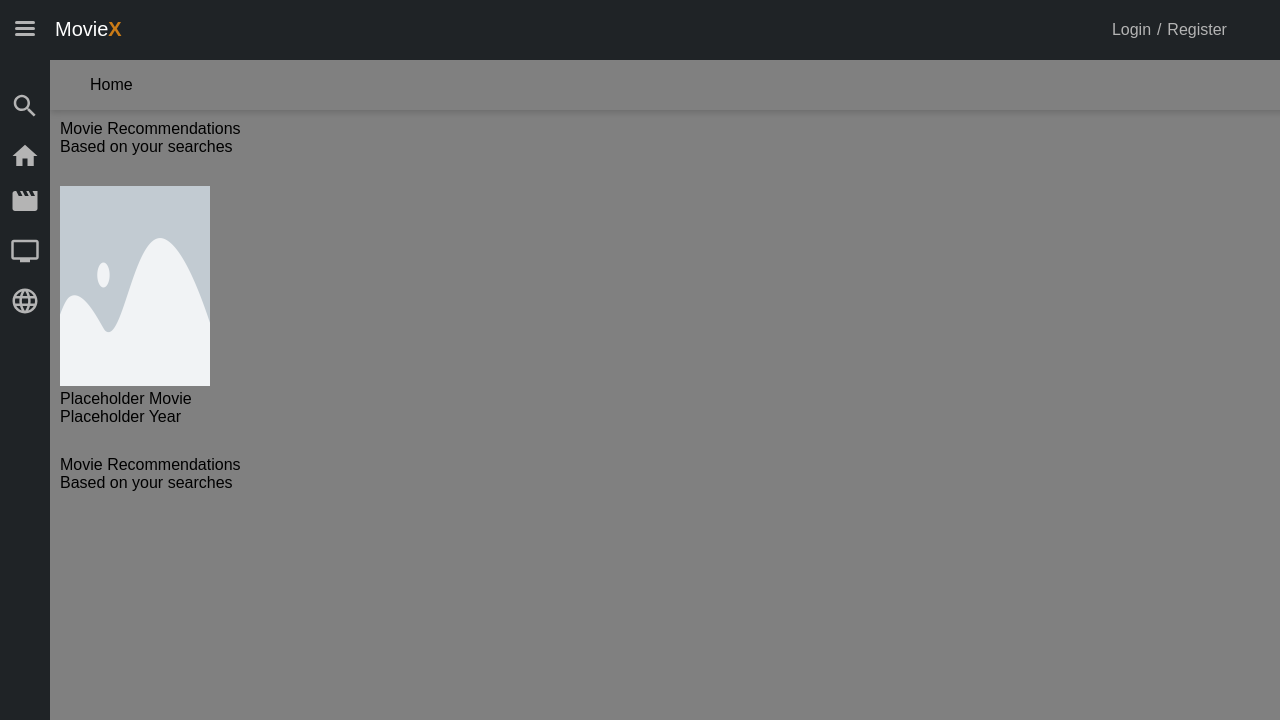
Repository: Amad-Mlinka/MovieTVBrowserNext
Page: /
The author's editor kept a copy of each file at every save. The page is drawn from the files as they stood at one save, then again after the next save.
The browser window is 1280 px wide. The pictures show the whole page.
The project was rebuilt for these pictures with package versions that can differ from the ones it lists, and the page was loaded fresh each time. The framework's server and built-in components were replaced by stand-ins that run in the browser. Also part of the build but not shown: next.config.js.

Above is the page before, as saved 2021-08-06 22:03:54.

After the next save:
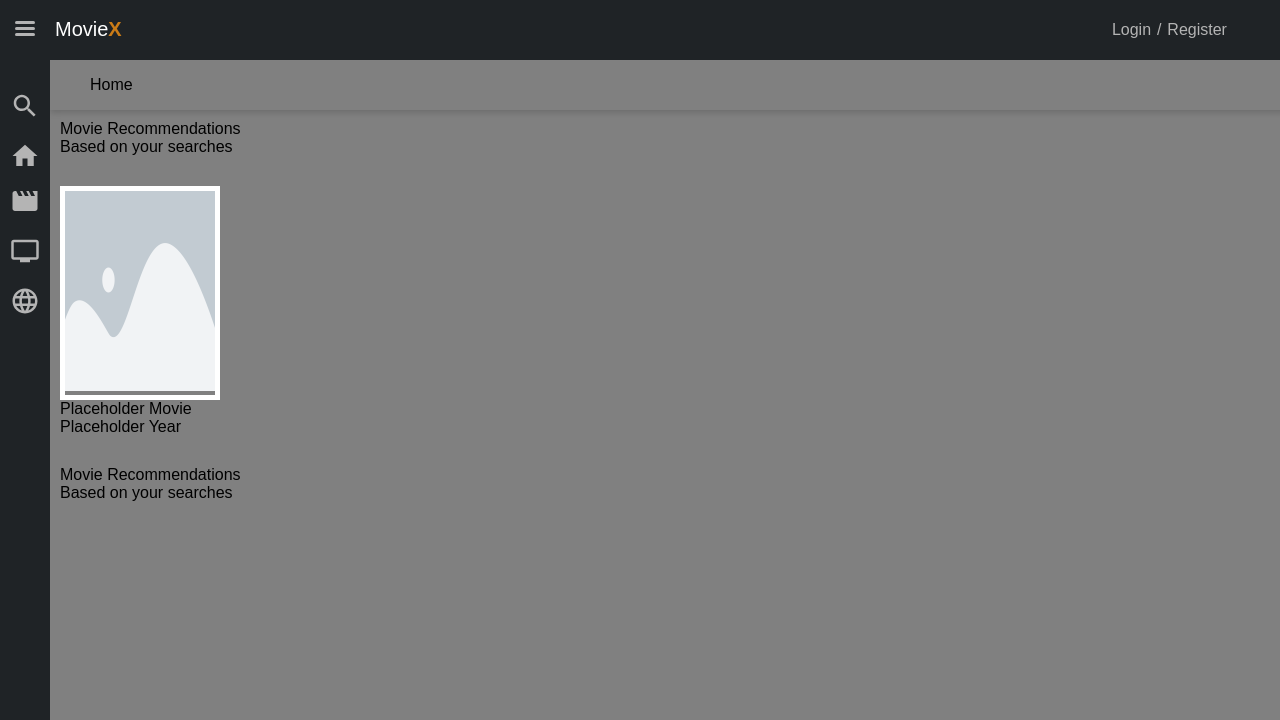
Saved 8 s later.
--- a/styles/Home.module.scss
+++ b/styles/Home.module.scss
@@ -47,6 +47,7 @@
 .mediaContainer {
   position: relative;
   overflow: hidden;
+  border: 5px solid white;
 }
 
 .mediaOverlay {
@@ -70,9 +71,6 @@
   flex-direction: column;
   justify-content: center;
   align-items: center;
-}
-.mediaImageContainer{
-  border: 5px solid white;
 }
 
 @keyframes fadeInUp {

After the 3 saves that followed:
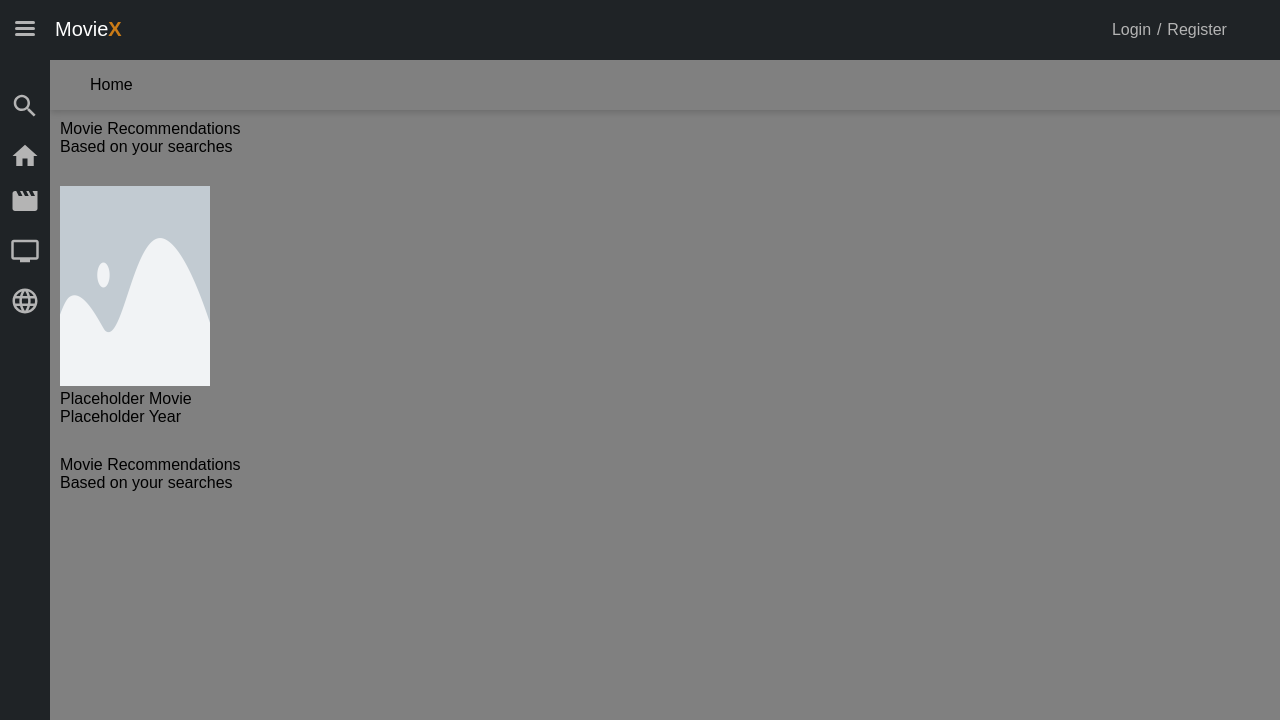
The 3 saves are shown as one change because 2 left the picture as it was.
The last was saved 5 min 27 s later.
--- a/pages/index.js
+++ b/pages/index.js
@@ -25,7 +25,9 @@ export default function Home() {
           <div className={homeStyles.mediaList}>
             <div className={homeStyles.media}>
               <div className={homeStyles.mediaContainer}>
-                <Image src={placeholder} height="200" width="150" />
+                <div className={homeStyles.mediaImageContainer}>
+                  <Image src={placeholder} height="200" width="150" />
+                </div>
                 <div className={homeStyles.mediaOverlay}>
                   <div className={homeStyles.mediaRating}>
                     <Rating value="3"></Rating>
--- a/styles/Home.module.scss
+++ b/styles/Home.module.scss
@@ -47,7 +47,7 @@
 .mediaContainer {
   position: relative;
   overflow: hidden;
-  border: 5px solid white;
+
 }
 
 .mediaOverlay {
@@ -71,6 +71,8 @@
   flex-direction: column;
   justify-content: center;
   align-items: center;
+}
+.mediaImageContainer{
 }
 
 @keyframes fadeInUp {
